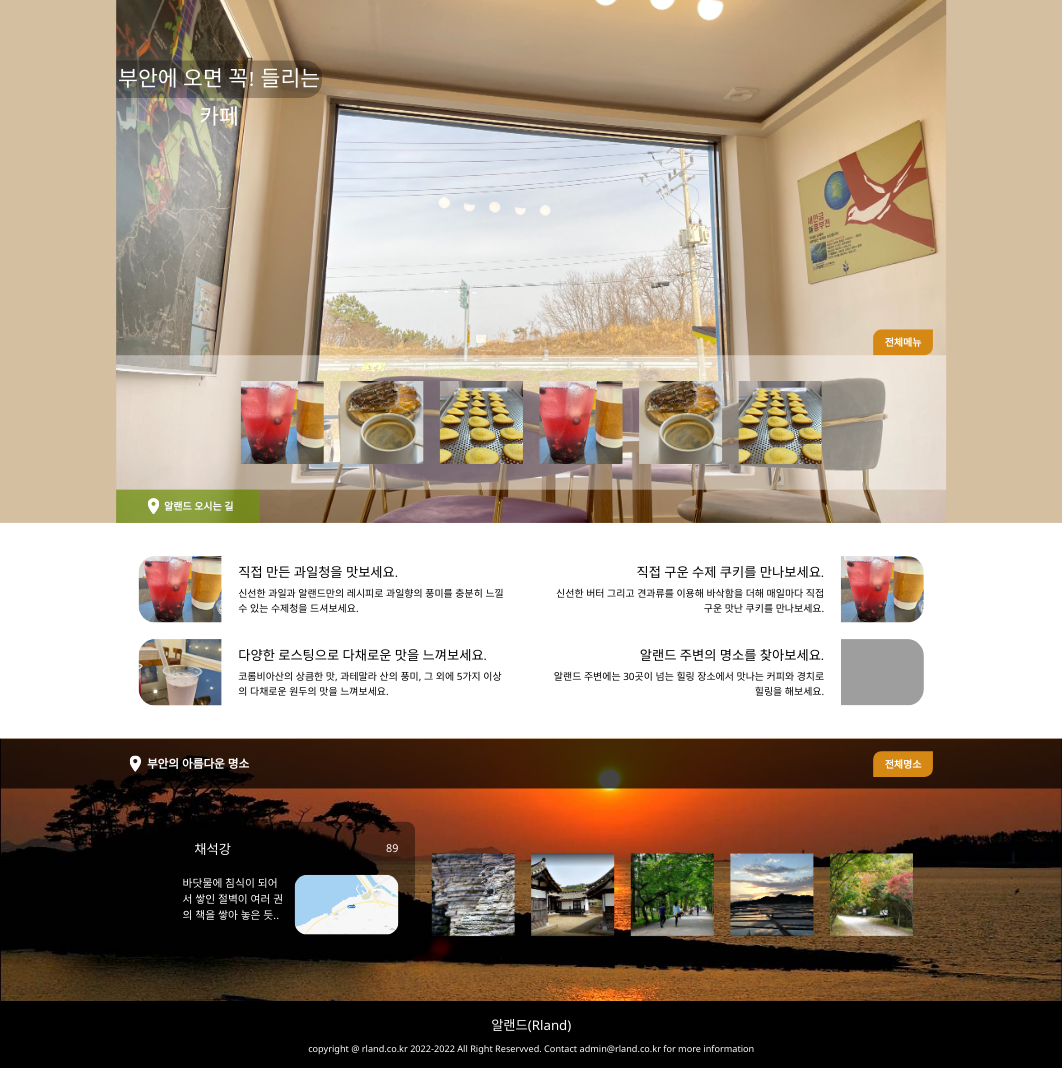
Repository: 12hongkildong/Thymeleaf-securety
Page: http://localhost/index
An editor plug-in stored every save of this project. The page is shown before and after the next save, followed by the edit.
The browser window is 1280 px wide. The pictures show the whole page, at 83% of full size.
Pictures or frames that could not be fetched are drawn as grey boxes. The page is this project's Thymeleaf template; nobody is signed in. The template is opened directly, without the code that normally fills it, so the values that code supplies are empty.

Above is the page before, as saved 2023-04-11 06:51:45.

After the next save:
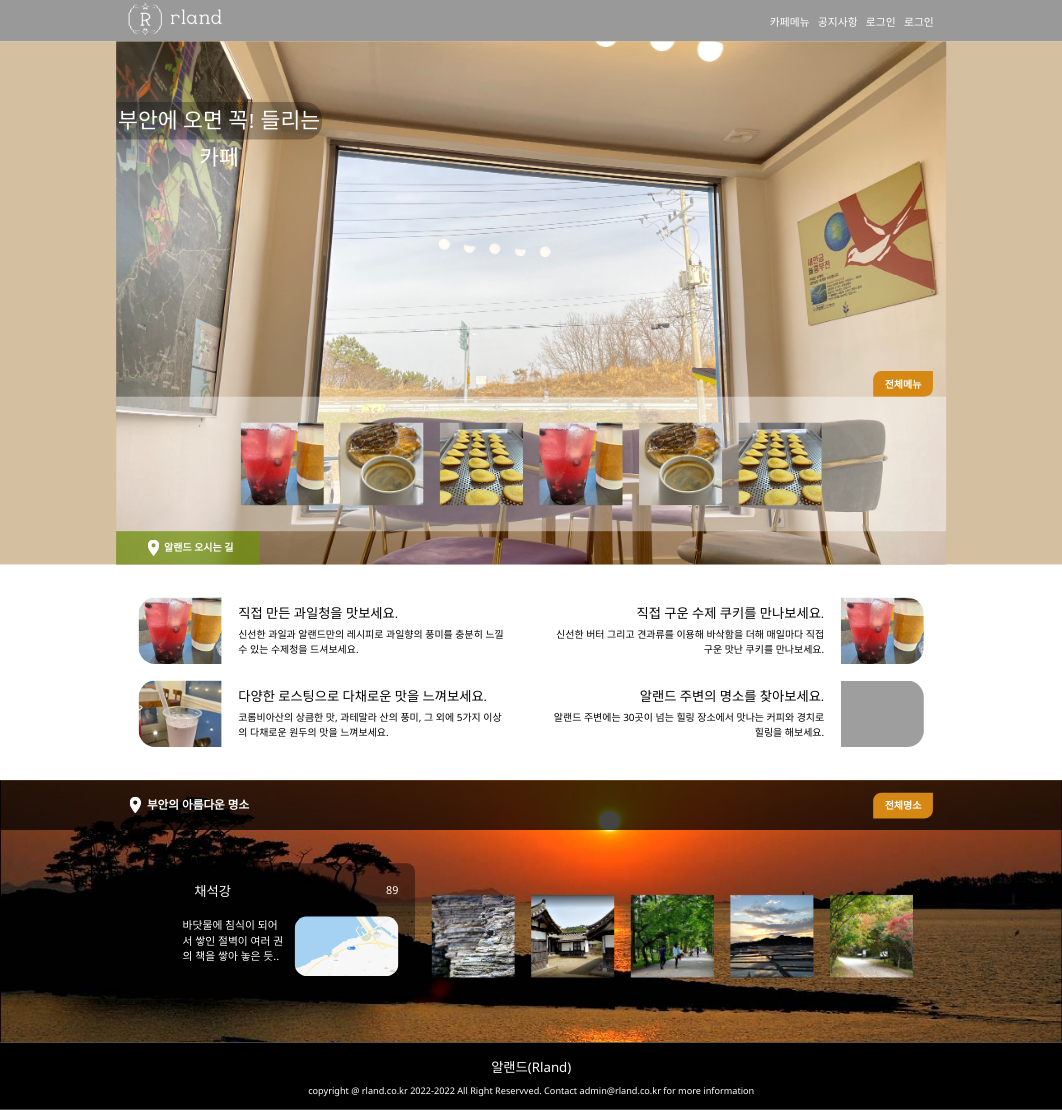
Saved 89 s later.
--- a/bootprj/src/main/resources/templates/index.html
+++ b/bootprj/src/main/resources/templates/index.html
@@ -20,7 +20,7 @@
 </head>
 
 <body>
-
+	<div th:insert="~{inc/header :: .header}"></div>
     <!-- ---------------------------------------------------------------------- -->
     <nav class="cafe">
         <div>
